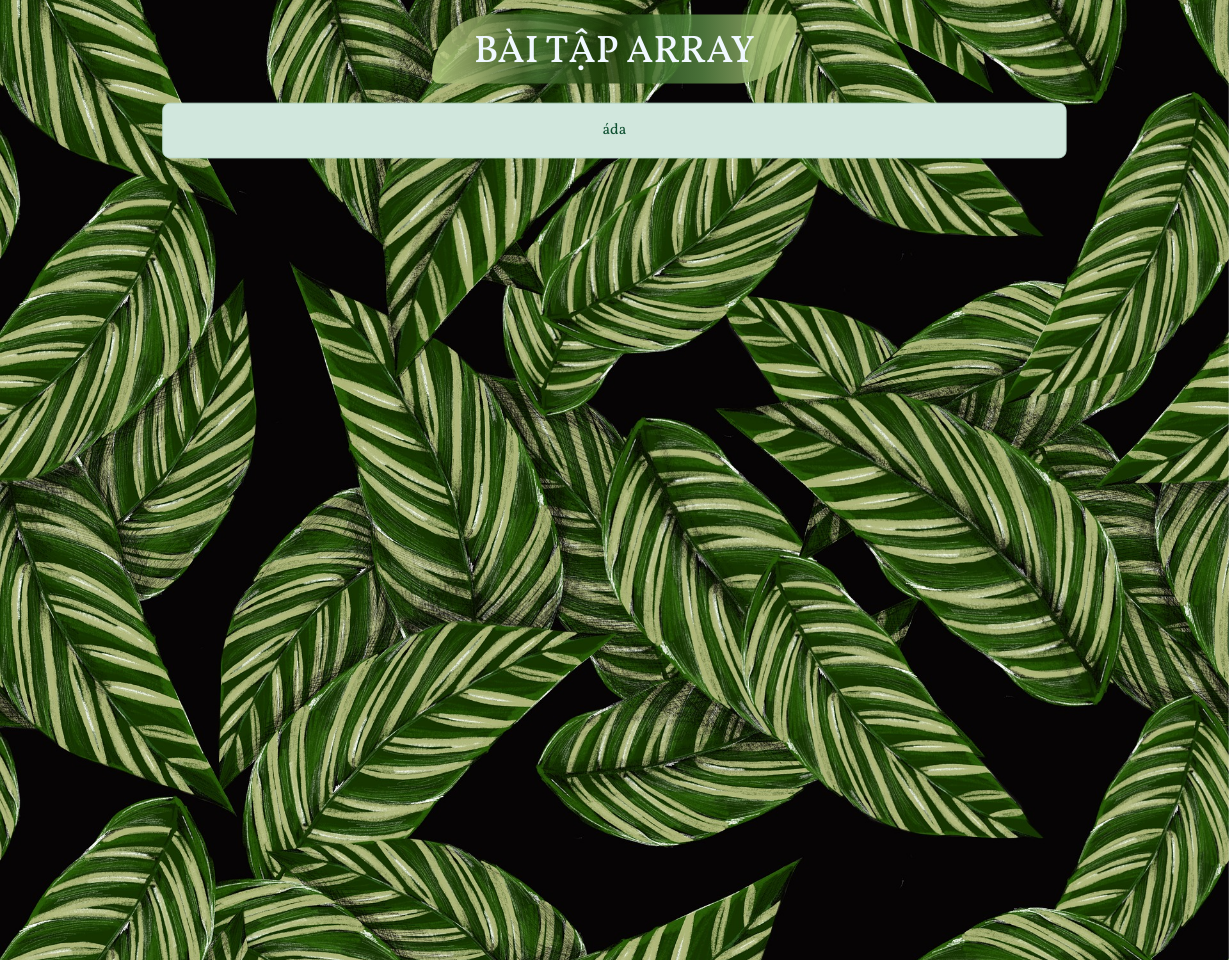
Repository: hcozyph/TranHuuPhuoc_BC43_BT_JS_Buoi7_8_ARRAY
Page: index.html
The author's editor kept a copy of each file at every save. The page is drawn from the files as they stood at one save, then again after the next save.
The browser window is 1280 px wide. The pictures show the whole page, at 96% of full size.

Above is the page before, as saved 2023-02-20 22:19:39.

### index.html
<!DOCTYPE html>
<html lang="en">
    <head>
        <title>BT Array</title>
        <!-- Required meta tags -->
        <meta charset="utf-8" />
        <meta
            name="viewport"
            content="width=device-width, initial-scale=1, shrink-to-fit=no"
        />
        <!-- font -->
        <link rel="preconnect" href="https://fonts.googleapis.com" />
        <link rel="preconnect" href="https://fonts.gstatic.com" crossorigin />
        <link
            href="https://fonts.googleapis.com/css2?family=Fraunces:ital,opsz,wght@0,9..144,600;0,9..144,700;1,9..144,300;1,9..144,400;1,9..144,500;1,9..144,600;1,9..144,700;1,9..144,800&family=Vollkorn:ital,wght@0,400;0,500;0,600;0,700;0,800;0,900;1,400;1,500;1,600;1,700;1,800;1,900&display=swap"
            rel="stylesheet"
        />
        <!-- Bootstrap CSS v5.2.1 -->
        <link
            href="https://cdn.jsdelivr.net/npm/bootstrap@5.2.1/dist/css/bootstrap.min.css"
            rel="stylesheet"
            integrity="sha384-iYQeCzEYFbKjA/T2uDLTpkwGzCiq6soy8tYaI1GyVh/UjpbCx/TYkiZhlZB6+fzT"
            crossorigin="anonymous"
        />

        <!-- index.css -->
        <link rel="stylesheet" href="./css/index.css" />
    </head>

    <body>
        <div class="container">
            <div class="bt-array-top">
                <div class="bt-array-title pt-2">
                    <h1 class="text-center p-2">BÀI TẬP ARRAY</h1>
                </div>

                <div
                    class="alert alert-success w-75 text-center d-block rounded-3"
                    style="margin: 20px auto"
                >
                    áda
                </div>
            </div>

            <div class="bt-array-content">
                <div class=""></div>
                <div class="bt1"></div>
            </div>
        </div>

        <!-- Bootstrap JavaScript Libraries -->
        <script
            src="https://cdn.jsdelivr.net/npm/@popperjs/core@2.11.6/dist/umd/popper.min.js"
            integrity="sha384-oBqDVmMz9ATKxIep9tiCxS/Z9fNfEXiDAYTujMAeBAsjFuCZSmKbSSUnQlmh/jp3"
            crossorigin="anonymous"
        ></script>

        <script
            src="https://cdn.jsdelivr.net/npm/bootstrap@5.2.1/dist/js/bootstrap.min.js"
            integrity="sha384-7VPbUDkoPSGFnVtYi0QogXtr74QeVeeIs99Qfg5YCF+TidwNdjvaKZX19NZ/e6oz"
            crossorigin="anonymous"
        ></script>

        <!-- method.js -->
        <link rel="stylesheet" href="./js/method.js" />

        <!-- index.js -->
        <script src="./js/index.js"></script>
    </body>
</html>

### css/index.css
* {
    margin: 0;
    padding: 0;
    box-sizing: border-box;
    font-family: "Fraunces", serif;
    font-family: "Vollkorn", serif;
}

.container {
    margin: 0 auto;
    max-width: 1440px;

    background-image: url(../img/2.jpg);
    background-size: cover;
    background-position: center;
    background-repeat: no-repeat;

    height: 1000px;
    padding-top: 15px;
}

.bt-array-title {
    display: block;
    width: 380px;
    margin: 0 auto;
    border-radius: 80px 10px 80px 10px;

    font-size: 40px;
    font-weight: 700;
    /* background-color: red; */
    color: aliceblue;
    background: rgb(156, 173, 110);
    background: linear-gradient(
        90deg,
        rgba(198, 219, 142, 0.8) 0%,
        rgba(156, 173, 110, 0.8) 10%,
        rgba(60, 94, 39, 0.8) 25%,
        rgba(68, 112, 49, 0.8) 29%,
        rgba(27, 57, 5, 0.8) 49%,
        rgba(66, 114, 50, 0.8) 63%,
        rgba(90, 139, 69, 0.8) 74%,
        rgba(184, 203, 130, 0.8) 95%
    );
}

/* .bt-array-content {
} */

Loaded but not shown: js/index.js (no copy from this time; the picture is the same without it); js/method.js (no stored copy; drawn as an empty file)

After the next save:
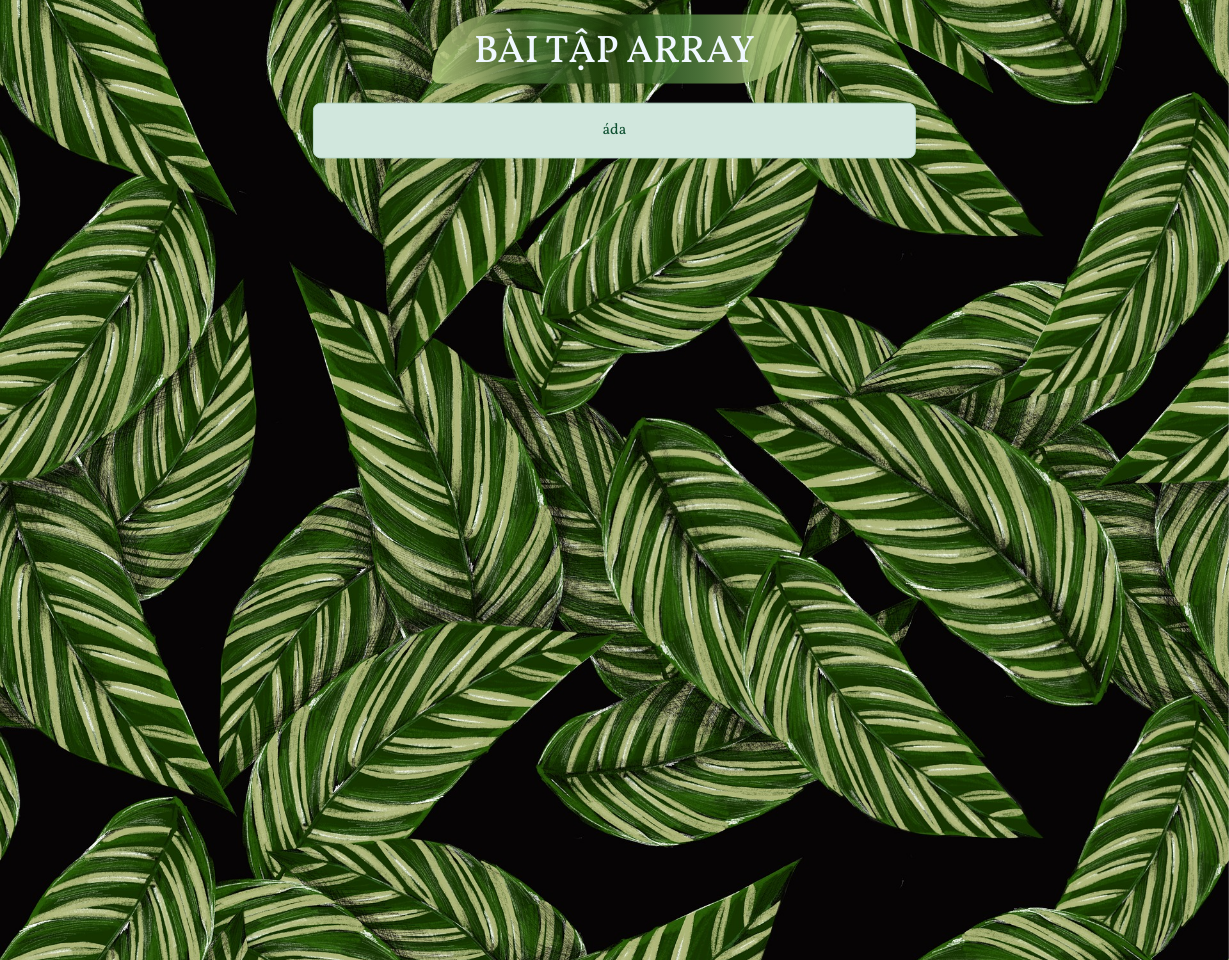
Saved 8 s later.
--- a/index.html
+++ b/index.html
@@ -35,7 +35,7 @@
                 </div>
 
                 <div
-                    class="alert alert-success w-75 text-center d-block rounded-3"
+                    class="alert alert-success w-50 text-center d-block rounded-3"
                     style="margin: 20px auto"
                 >
                     áda
